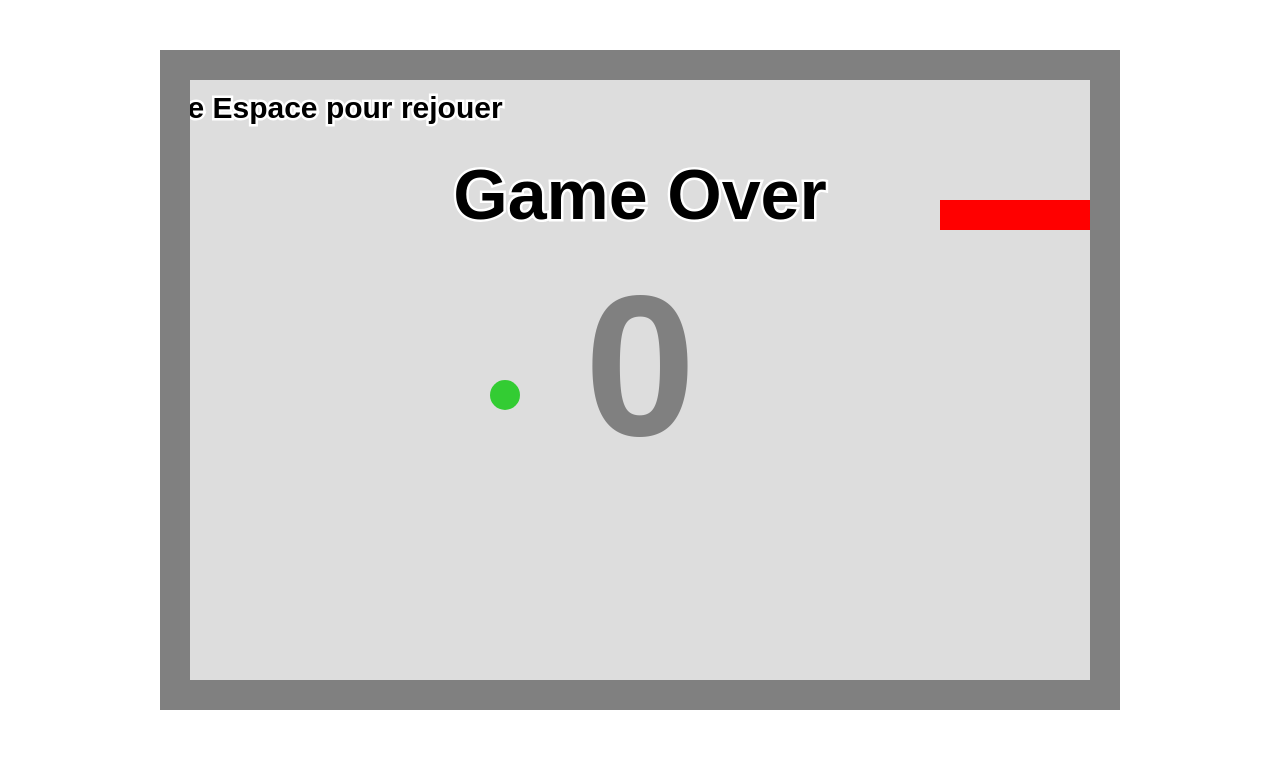
Repository: laben35/snake
Page: index.html
These files come from the project's save history. The page is drawn as it stood at one moment and after the next save; the edit follows.
The browser window is 1280 px wide. The pictures show the whole page.

Above is the page before, as saved 2019-12-08 19:20:59.

After the next save:
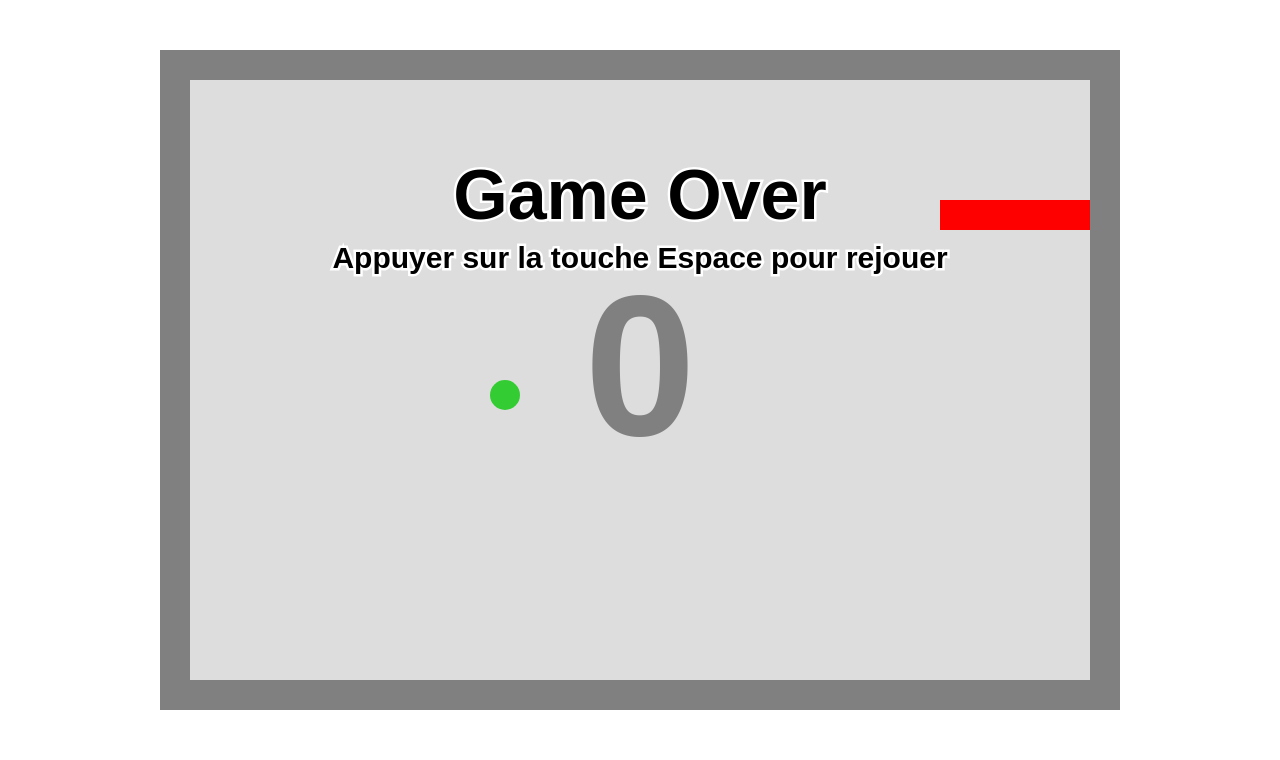
Saved 43 s later.
--- a/script.js
+++ b/script.js
@@ -73,8 +73,8 @@ window.onload = function()
         ctx.strokeText("Game Over", centreX, centreY -180);  //pour le stroke -180 cad un petit peu au-dessus du 0
         ctx.fillText("Game Over", centreX, centreY -180);
         ctx.font = "bold 30px sans-serif";
-        ctx.strokeText("Appuyer sur la touche Espace pour rejouer", 5, 30);
-        ctx.fillText("Appuyer sur la touche Espace pour rejouer", 5, 30);
+        ctx.strokeText("Appuyer sur la touche Espace pour rejouer", centreX, centreY - 120);
+        ctx.fillText("Appuyer sur la touche Espace pour rejouer", centreX, centreY - 120);
         ctx.restore();
     }
 
